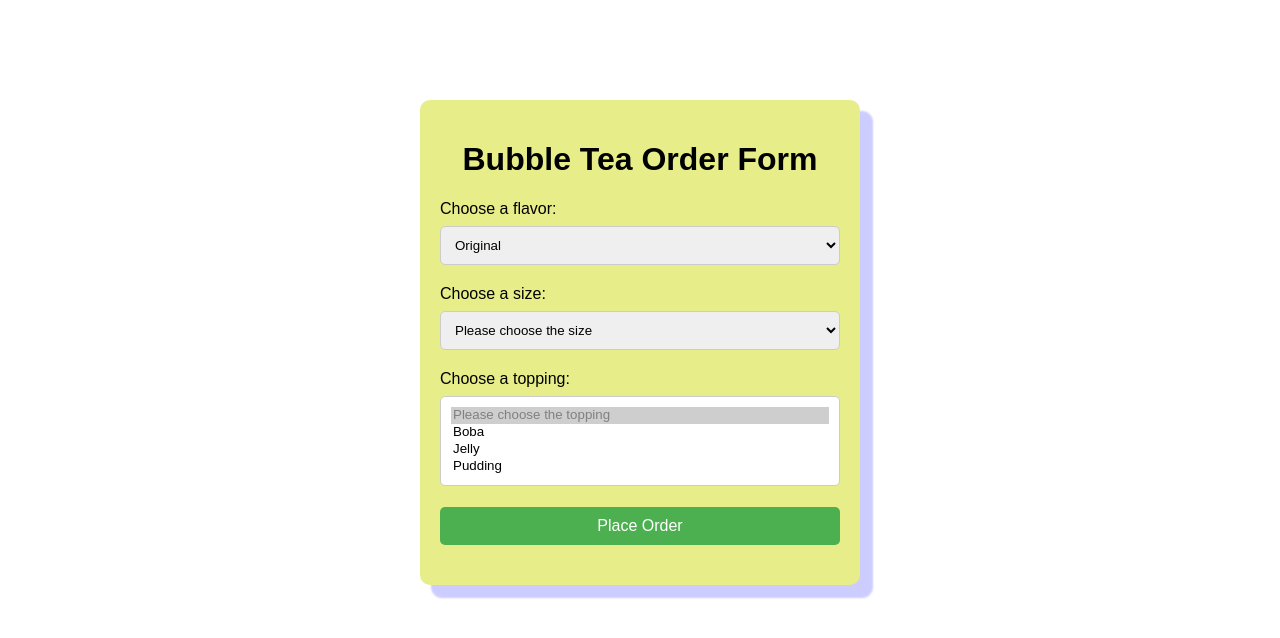
Repository: liulian26/CS5610
Page: lab3/index.html
An editor plug-in stored every save of this project. The page is shown before and after the next save, followed by the edit.
The browser window is 1280 px wide. The pictures show the whole page.

Above is the page before, as saved 2025-02-06 12:44:53.

### lab3/index.html
<!DOCTYPE html>
<html lang="en">
  <head>
    <meta charset="utf-8" />
    <title>Bubble Tea ordering system</title>
    <link rel="stylesheet" href="css/styles.css" />
    <script defer src="js/scripts.js"></script>
  </head>

  <body>
    <main>
      <form id="bubbleTeaForm">
        <h1>Bubble Tea Order Form</h1>

        <!--- choose a flavor -->
        <label for="flavor">Choose a flavor:</label>
        <select id="flavor">
          <option value="original">Original</option>
          <option value="mango">Mango</option>
          <option value="strawberry">Strawberry</option>
        </select>

        <!--- choose a size -->
        <label for="size">Choose a size:</label>
        <select id = "size">
        <option value="" disabled selected>Please choose the size</option>
          <option value="small">Small</option>
          <option value="medium">Medium</option>
          <option value="large">Large</option>
        </select>

        <!--- choose a topping -->
        <label for="topping">Choose a topping:</label>
        <select id="topping" multiple>
            <option value="" disabled selected>Please choose the topping</option>
            <option value="boba">Boba</option>
            <option value="jelly">Jelly</option>
            <option value="pudding">Pudding</option>
        </select>

        <!-- submit the order-->
        <button type="Place Order">Place Order</button>

      </form>
    </main>
  </body>
</html>

### lab3/css/styles.css
body{
    background-color: white;
    font-family: Arial, sans-serif;
    text-align: center;
}

form{
    background-color: #e6ed89;
    max-width: 400px;
    border-radius: 10px;
    box-shadow: 12px 12px 2px 1px rgba(0, 0, 255, .2);
    padding: 20px;
    margin: 100px auto;
}

label{
    display: block;
    margin-bottom: 8px;
    text-align: left;
}

select, button {
    width: 100%;
    padding: 10px;
    margin-bottom: 20px;
    border-radius: 5px;
    border: 1px solid #ccc;
}

button{
    background-color: #4CAF50;
    color: white;
    border: none;
    cursor: pointer;
    font-size: 16px;
}

button:hover{
    background-color: #45a049;
}

select[mutiple]{
    height: 100px;
    padding: 5px;
}

select:hover,
select:focus{
    border-color: #333;
}

### lab3/js/scripts.js
// prices
const prices = {
    flavor: {
        original: 2.5,
        mango: 3.0,
        strawberry: 3.5
    },
    size: {
        small: 1.0,
        medium: 1.5,
        large: 2.0
    },
    topping: {
        boba: 0.5,
        jelly: 0.75,
        pudding: 1.0
    }
};

// function calculatePrice that will receive flavor, size, and an array with all the selected
function calculatePrice(flavor, size, toppings) {
    // calculate the price of the order
    // return the total price
    let totalPrice = 0;
    flavorPrice = prices.flavor[flavor];
    sizePrice = prices.size[size];
    toppingsPrice = toppings.reduce((total, topping) => total + prices.topping[topping], 0);
    totalPrice = sizePrice * (flavorPrice + toppingsPrice);
    return totalPrice;
}


// function display order summary that will receive an order object as argument
function displayOrderSummary(order) {
    // example order object:
    //{falvor:"mango", size:"medium", toppings:["boba","jelly"], totalPrice: 5.63 }
    const {flavor, size, toppings} = order;

    const totalPrice = calculatePrice(flavor, size, toppings);
    const toppingsList = toppings.length > 0 ? toppings.join(", ") : "no toppings";

    // display the order summary
    console.log(`You have ordered a ${size} ${flavor} bubble tea with these toppings: ${toppingsList}`);
    console.log(`Total Price: $${totalPrice.toFixed(2)}`);

}


// placeOrder that will receive flavor, size, and an array with all the selected
// toppings (if any) and call displayOrderSummary function with an order object
// as argument.
function placeOrder(flavor, size, toppings) {
    let finalPrice = calculatePrice(flavor, size, toppings);
    let order = {flavor: flavor, size: size, toppings: toppings, finalPrice: finalPrice};
    displayOrderSummary(order)
}


// Test the functions
placeOrder("mango", "medium", ["boba", "jelly"]);
placeOrder("original", "small", []);
placeOrder("strawberry", "large", ["pudding"]);

After the next save:
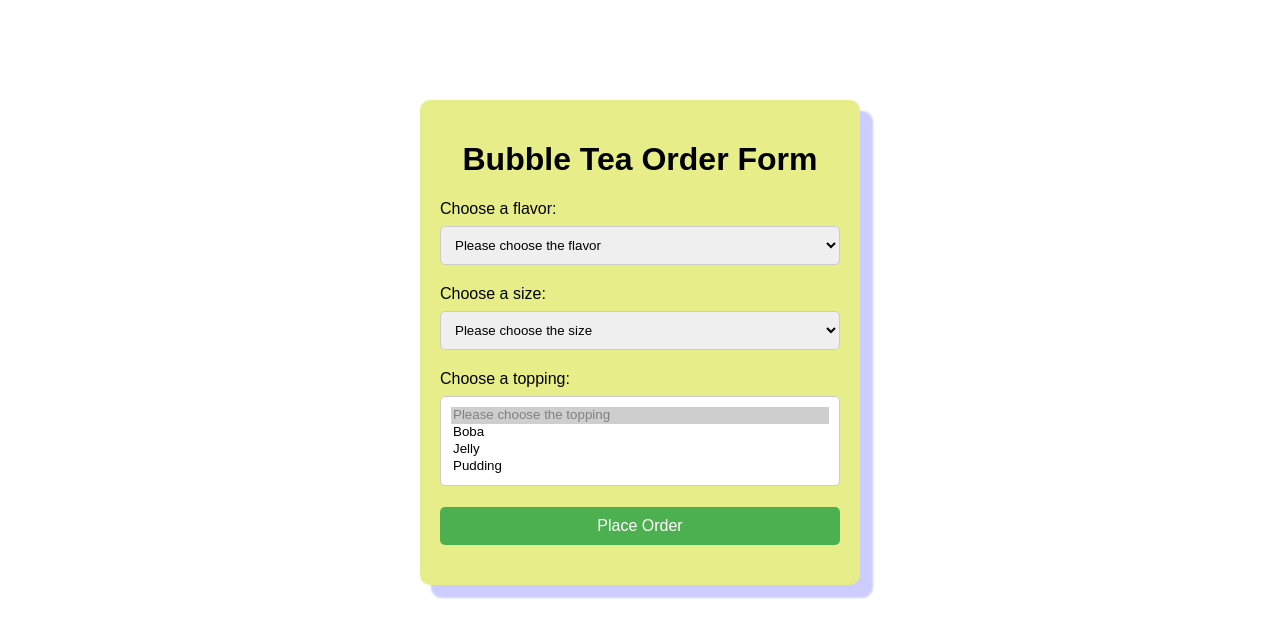
Saved 10 h 0 min later.
--- a/lab3/index.html
+++ b/lab3/index.html
@@ -13,16 +13,17 @@
         <h1>Bubble Tea Order Form</h1>
 
         <!--- choose a flavor -->
-        <label for="flavor">Choose a flavor:</label>
-        <select id="flavor">
+        <label for="flavorSelect">Choose a flavor:</label>
+        <select id="flavorSelect">
+          <option value="" disabled selected>Please choose the flavor</option>
           <option value="original">Original</option>
           <option value="mango">Mango</option>
           <option value="strawberry">Strawberry</option>
         </select>
 
         <!--- choose a size -->
-        <label for="size">Choose a size:</label>
-        <select id = "size">
+        <label for="sizeSelect">Choose a size:</label>
+        <select id = "sizeSelect">
         <option value="" disabled selected>Please choose the size</option>
           <option value="small">Small</option>
           <option value="medium">Medium</option>
@@ -30,8 +31,8 @@
         </select>
 
         <!--- choose a topping -->
-        <label for="topping">Choose a topping:</label>
-        <select id="topping" multiple>
+        <label for="toppingSelect">Choose a topping:</label>
+        <select id="toppingSelect" multiple>
             <option value="" disabled selected>Please choose the topping</option>
             <option value="boba">Boba</option>
             <option value="jelly">Jelly</option>
@@ -39,7 +40,7 @@
         </select>
 
         <!-- submit the order-->
-        <button type="Place Order">Place Order</button>
+        <button type="Place Order" id = "orderButton">Place Order</button>
 
       </form>
     </main>
